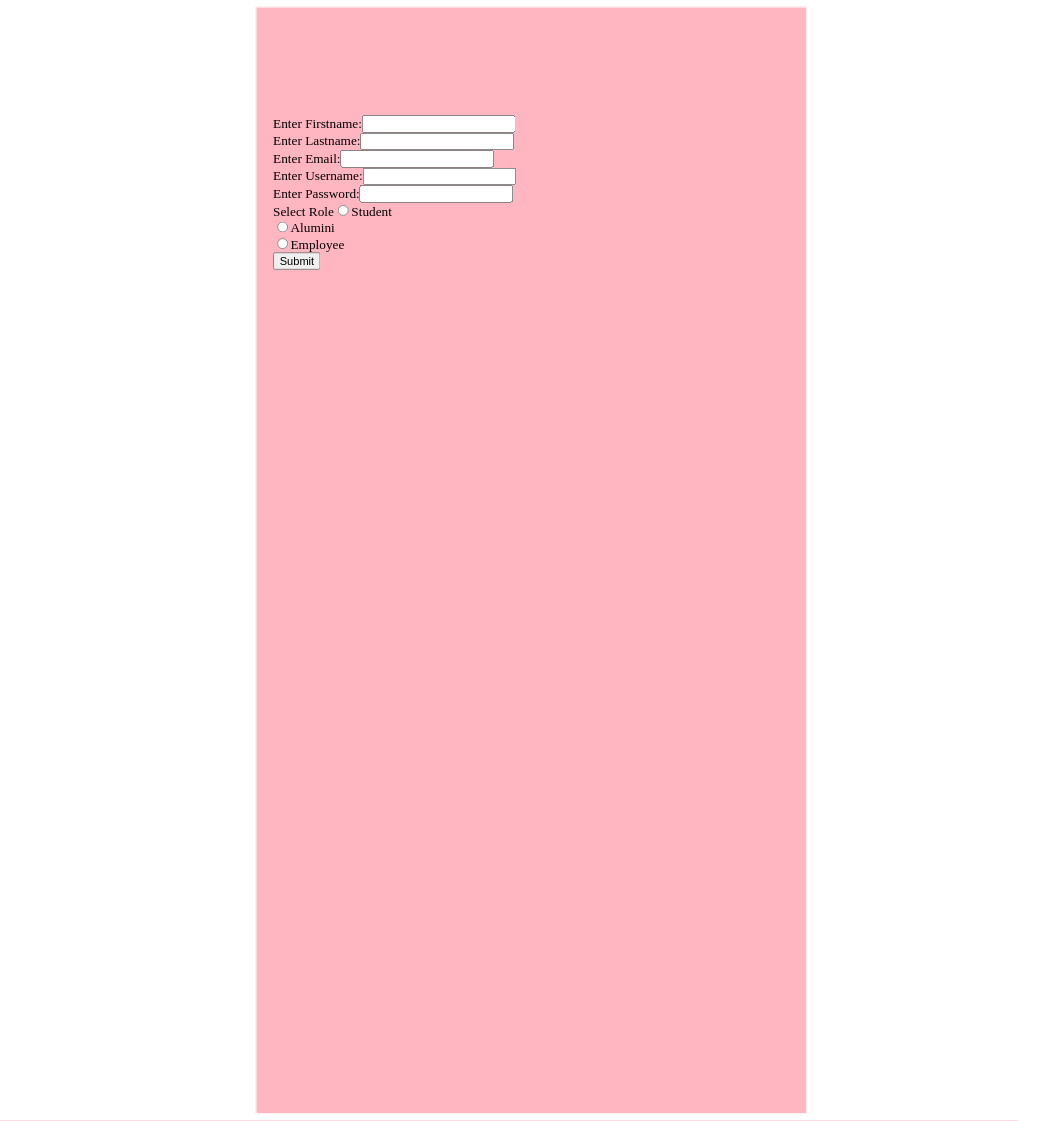
Repository: NeeleshPoojari/Project-2
Page: frontend_project2/WebContent/views/registrationform.html
The author's editor kept a copy of each file at every save. The page is drawn from the files as they stood at one save, then again after the next save.
The browser window is 1280 px wide. The pictures show the whole page, at 83% of full size.

Above is the page before, as saved 2017-07-16 16:10:42.

After the next save:
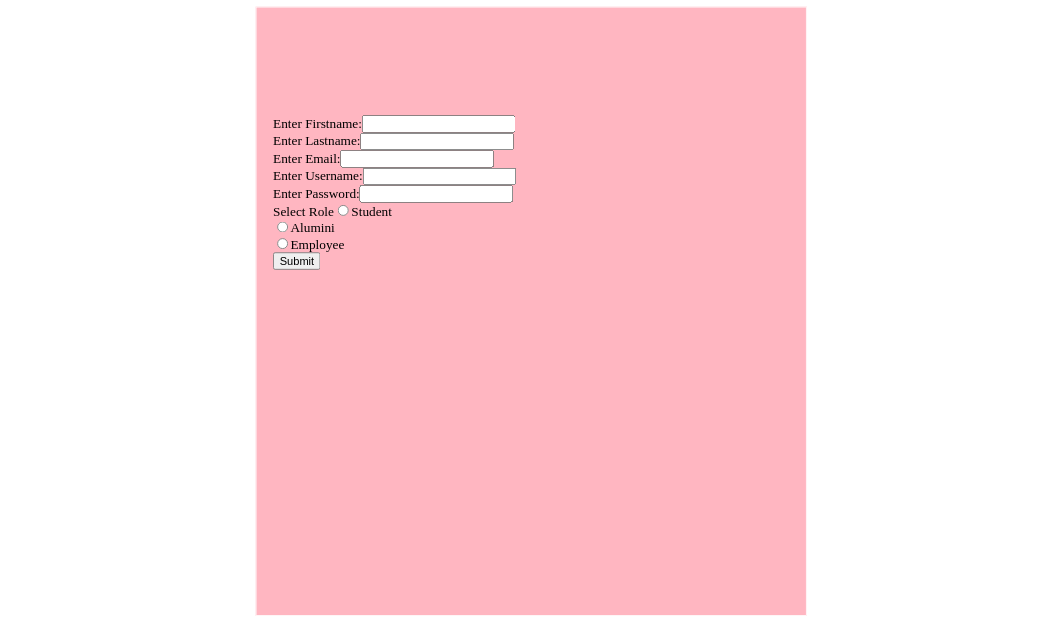
Saved 31 s later.
--- a/frontend_project2/WebContent/views/registrationform.html
+++ b/frontend_project2/WebContent/views/registrationform.html
@@ -4,7 +4,7 @@
     background-color: lightpink;
     padding-top: 50px;
     padding-right: 50px;
-    padding-bottom: 1000px;
+    padding-bottom: 400px;
     padding-left: 20px;
     margin-left:300px;
     margin-right:300px;
